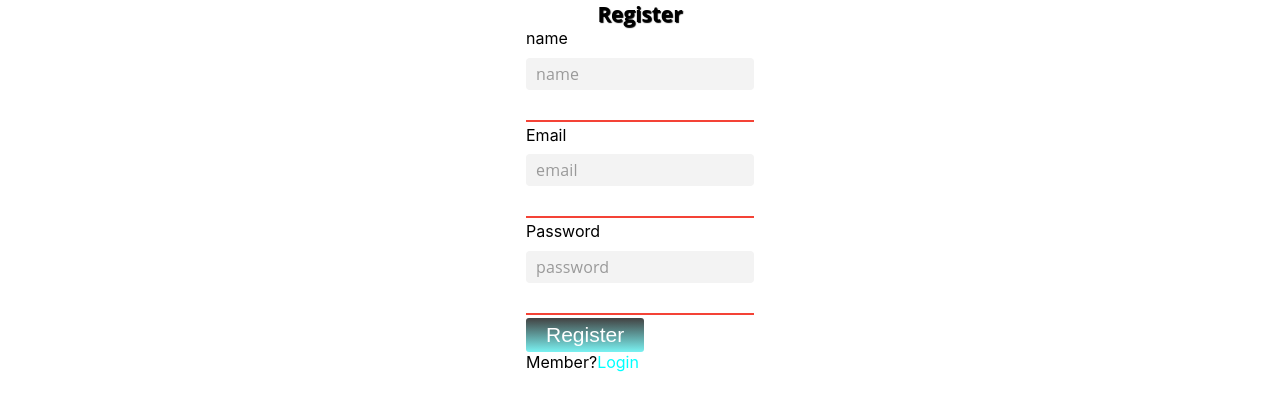
Repository: CSituma/React-Express-Form-Logic
Page: /register (app in client/)
The author's editor kept a copy of each file at every save. The page is drawn from the files as they stood at one save, then again after a run of saves.
The browser window is 1280 px wide. The pictures show the whole page.
The project was rebuilt for these pictures with package versions that can differ from the ones it lists, and the page was loaded fresh each time. Also part of the build but not shown: client/src/components/login/login.jsx, client/src/components/login/dashboard.jsx.

Above is the page before, as saved 2020-11-30 12:45:53.

After the next 2 saves:
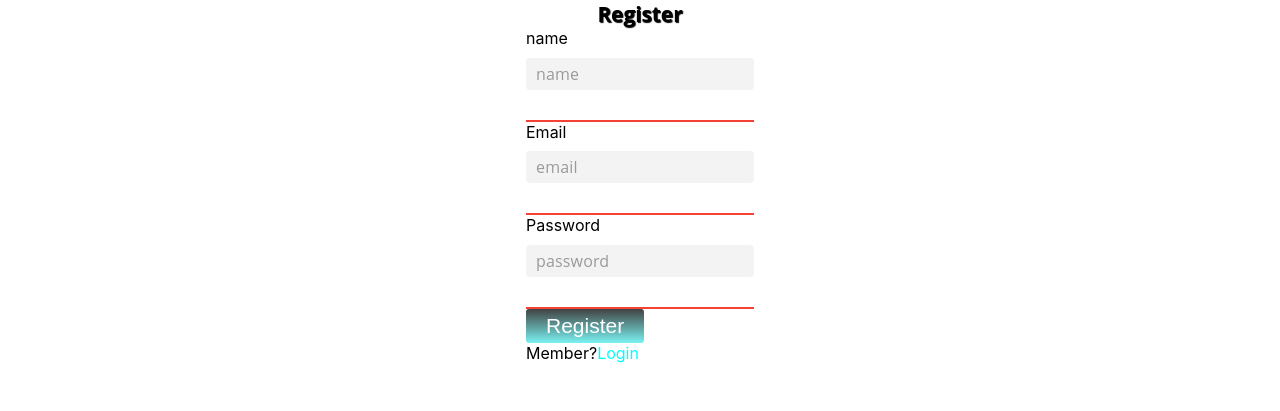
The 2 saves are shown as one change because 1 did not build or start.
The last was saved 4 min 51 s later.
--- a/client/src/components/login/register.jsx
+++ b/client/src/components/login/register.jsx
@@ -15,7 +15,7 @@ usernameerror:"",
 email:"",
 emailerror:"",
 password:"",
-passworderrors:"",
+passworderror:"",
 errors:'',
 
   }
@@ -33,30 +33,30 @@ validatefields = (e) =>{
 
   if (!this.state.username.trim()) {
     isError = true;
-    errors.username = 'Username is required';
+    errors.usernameerror = 'Username is required';
   }
    else if (!/^[A-Za-z]+/.test(this.state.username.trim())) {
      isError = true
-    errors.name = 'Enter a valid name';
+    errors.usernameerror = 'Enter a valid name';
   }
 
 
   if (!this.state.email) {
     isError = true;
-    errors.email = 'Email required';
+    errors.emailerror = 'Email required';
   }
   else if (!/\S+@\S+\.\S+/.test(this.state.email)) {
     isError = true;
-    errors.email = 'Email address is invalid';
+    errors.emailerror = 'Email address is invalid';
   }
 
   if (!this.state.password) {
     isError = true;
-    errors.password = 'Password is required';
+    errors.passworderror = 'Password is required';
   }
    else if (this.state.password.length < 6) {
     isError = true;
-    errors.password = 'Password needs to be atleast 6 characters';
+    errors.passworderorr = 'Password needs to be atleast 6 characters';
   }
 
     if(isError){this.setState({...errors,...this.state})}
@@ -117,7 +117,7 @@ validatefields = (e) =>{
                onChange={this.handleChange} placeholder="name"
                error
                helperText
-
+               ={this.state.usernameerror}
 
                />
 
@@ -132,7 +132,7 @@ validatefields = (e) =>{
                onChange={this.handleChange}
                error
                helperText
-               />
+               ={this.state.emailerror} />
             </div>
 
             <div className="form-group">
@@ -144,7 +144,7 @@ validatefields = (e) =>{
                 onChange={this.handleChange}
                 error
                 helperText
-              />
+                ={this.state.passworderror}/>
             </div>
 
 
